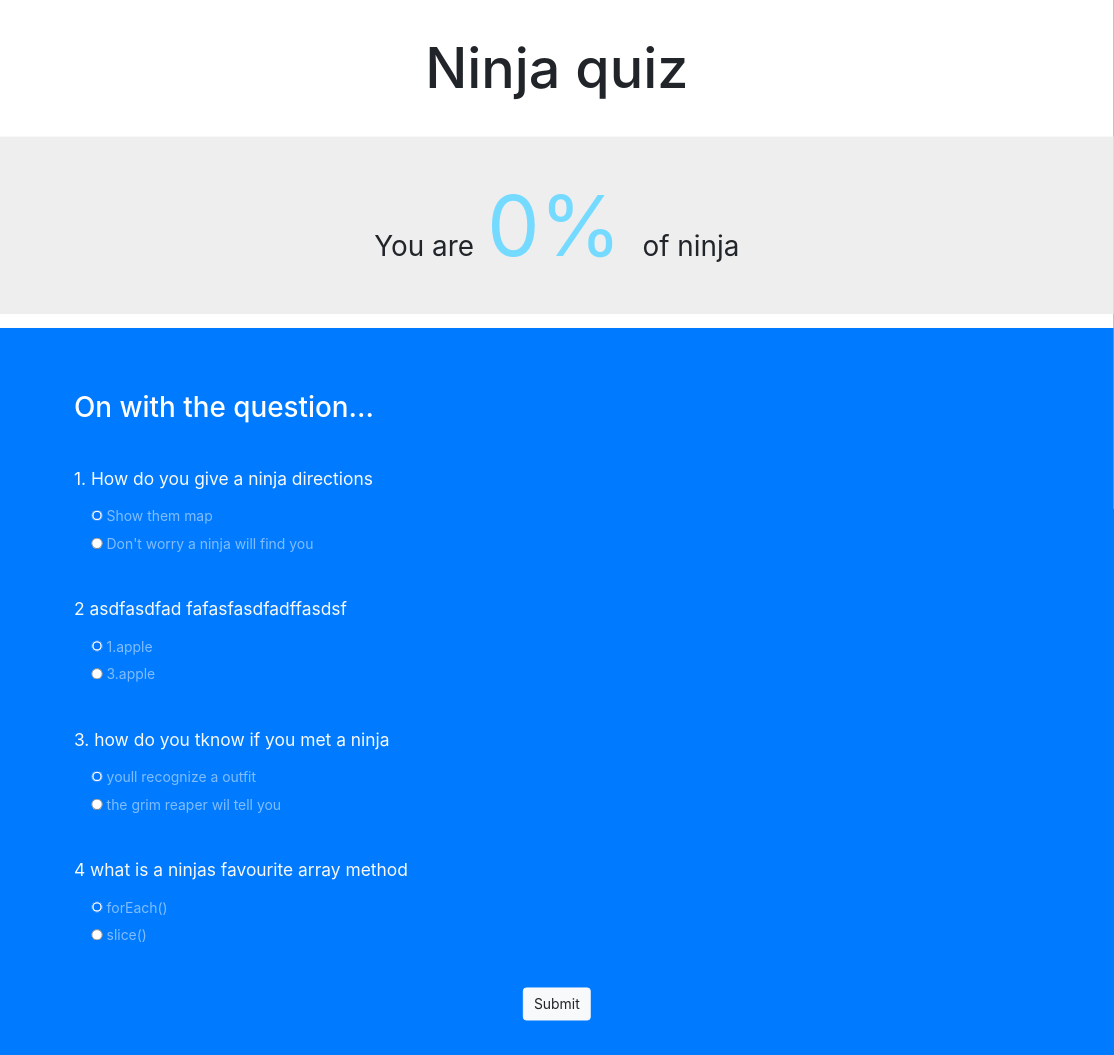
Repository: ajgors/config
Page: Nauka Js/Projekty/Quiz/index.html
The author's editor kept a copy of each file at every save. The page is drawn from the files as they stood at one save, then again after the next save.
The browser window is 1280 px wide. The pictures show the whole page, at 87% of full size.

Above is the page before, as saved 2019-08-11 18:20:35.

After the next save:
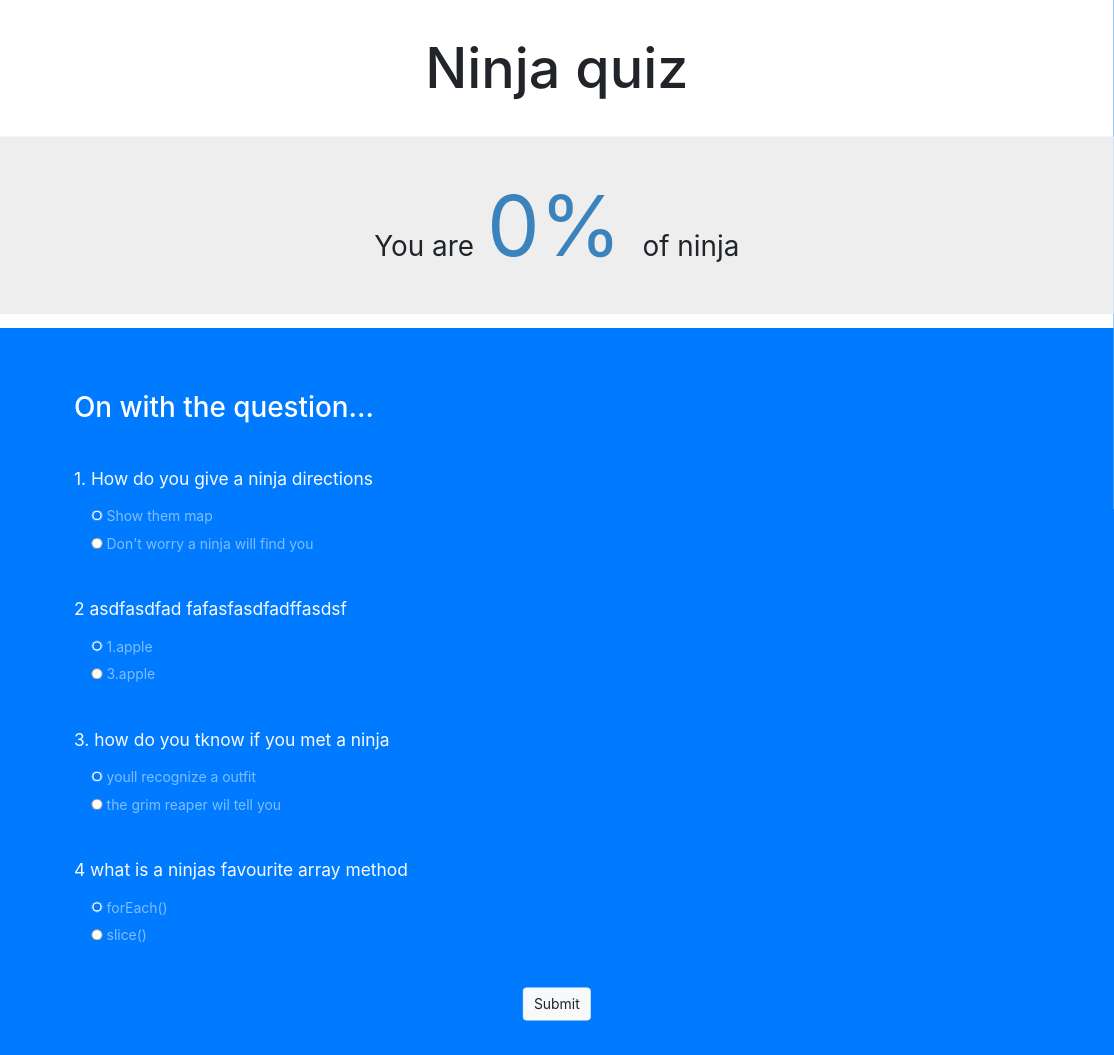
Saved 40 s later.
--- a/Nauka Js/Projekty/Quiz/css.css
+++ b/Nauka Js/Projekty/Quiz/css.css
@@ -20,5 +20,5 @@
 .result__span{
     font-size: 3em;
     padding: 15px;
-    color:#75daff;
+    color:#3b83bd;
 }
